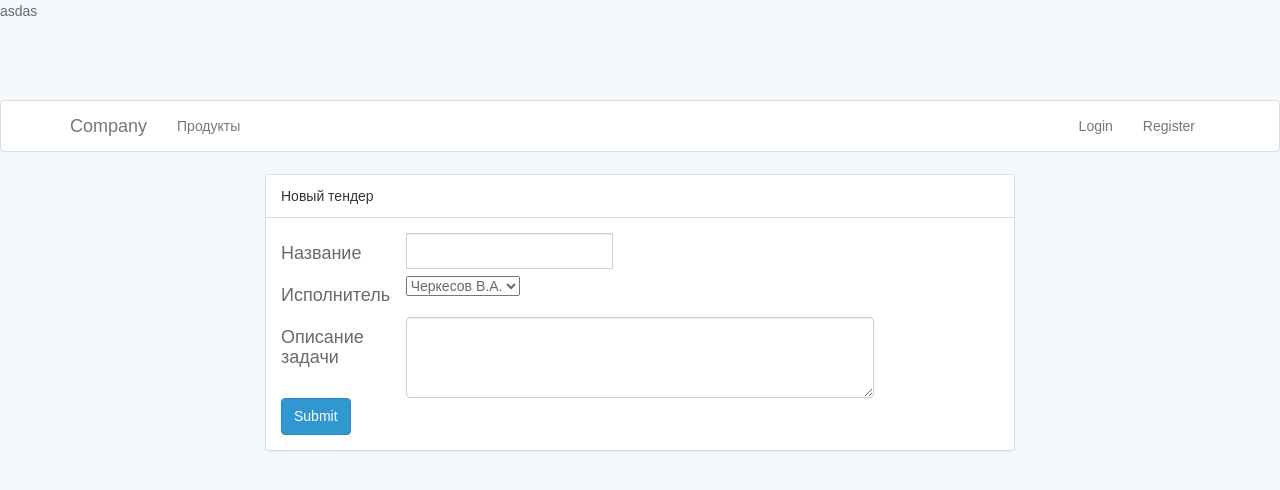
Repository: blackjack043/laravel-crud
Page: http://localhost/page2
The author's editor kept a copy of each file at every save. The page is drawn from the files as they stood at one save, then again after the next save.
The browser window is 1280 px wide. The pictures show the whole page.
Some web fonts or font styles are not loaded; a fallback is used. The page is served by the project's Laravel application, run on PHP 8.4 with Laravel 8. Other server files are loaded and not shown.

Above is the page before, as saved 2022-03-06 21:00:32.

### routes/web.php
<?php

/*
|--------------------------------------------------------------------------
| Web Routes
|--------------------------------------------------------------------------
|
| Here is where you can register web routes for your application. These
| routes are loaded by the RouteServiceProvider within a group which
| contains the "web" middleware group. Now create something great!
|
*/
use Illuminate\Http\Request;
use App\Contact12;


Route::get('/', function () {
    return view('welcome');
});

Route::get('/page2', function () {
    return view('page2');
});



Route::post('/profile', 'ContactController@submit');

Auth::routes();

Route::get('/home', 'HomeController@index');

Auth::routes();

Route::get('/home', 'HomeController@index');

### resources/views/page2.blade.php
@extends('layouts.app2')

@section('content')
<div class="container">
    <div class="row">
        <div class="col-md-8 col-md-offset-2">
            <div class="panel panel-default">
                <div class="panel-heading">Новый тендер</div>
                <div class="panel-body">


        @if($errors->any())
            <div style=>
            @foreach ($errors->all() as $error)
            <div >
                {{$error}}
            </div>
            @endforeach
            </div>
         @endif
<form  method="POST" action="/profile">
{{ csrf_field() }}

                <div class="row" >
  <div class="col-md-2" ><h4>Название</h4></div>
  <div class="col-md-10">
<div class="input-group" >
<input type="text" name="label" class="form-control"  aria-describedby="sizing-addon2">
                </div></div>
</div>

<div class="row">
  <div class="col-md-2"><h4>Исполнитель</h4></div>
  <div class="col-md-10">
    <select name="ispolnitel">
    <option value="cherkesov">Черкесов В.А.</option>
    <option value="matancev">Матанцев Е.Р.</option>
    </select>
</div>
</div>

<div class="row">
  <div class="col-md-2"><h4>Описание задачи</h4></div>
  <div class="col-md-8">
		<textarea name="text" class="form-control" rows="3"></textarea>
</div>



</div>
<input type="submit" class="btn btn-primary">
</form>






                </div>
            </div>
        </div>
    </div>
</div>
@endsection

### resources/views/layouts/app2.blade.php
<!DOCTYPE html>
<html lang="en">
<head>
    <meta charset="utf-8">
    <meta http-equiv="X-UA-Compatible" content="IE=edge">
    <meta name="viewport" content="width=device-width, initial-scale=1">

    <!-- CSRF Token -->
    <meta name="csrf-token" content="{{ csrf_token() }}">

    <title>{{ config('app.name', 'Laravel') }}</title>

    <!-- Styles -->
    <link href="/css/app.css" rel="stylesheet">

    <!-- Scripts -->
    <script>
        window.Laravel = <?php echo json_encode([
            'csrfToken' => csrf_token(),
        ]); ?>
    </script>
</head>
<body>
    <div id="app">
        <div style="width: 320px; height: 100px;">asdas</div>
        <nav class="navbar navbar-default">
            <div class="container">
                <div class="navbar-header">

                    <!-- Collapsed Hamburger -->
                    <button type="button " class="navbar-toggle collapsed" data-toggle="collapse" data-target="#app-navbar-collapse">
                        <span class="sr-only">Toggle Navigation</span>
                        <span class="icon-bar"></span>
                        <span class="icon-bar"></span>
                        <span class="icon-bar"></span>
                    </button>

                    <!-- Branding Image -->
                    <a class="navbar-brand" href="{{ url('/') }}">
                      Company
                    </a>
                </div>

                <div class="collapse navbar-collapse" id="app-navbar-collapse">
                    <!-- Left Side Of Navbar -->
                    <ul class="nav navbar-nav">
                        &nbsp;
                        <li ><a href="#">Продукты</a></li>
                    </ul>

                    <!-- Right Side Of Navbar -->
                    <ul class="nav navbar-nav navbar-right">
                        <!-- Authentication Links -->
                        @if (Auth::guest())
                            <li><a href="{{ url('/login') }}">Login</a></li>
                            <li><a href="{{ url('/register') }}">Register</a></li>
                        @else
                            <li class="dropdown">
                                <a href="#" class="dropdown-toggle" data-toggle="dropdown" role="button" aria-expanded="false">
                                    {{ Auth::user()->name }} <span class="caret"></span>
                                </a>

                                <ul class="dropdown-menu" role="menu">
                                    <li>
                                        <a href="{{ url('/logout') }}"
                                            onclick="event.preventDefault();
                                                     document.getElementById('logout-form').submit();">
                                            Logout
                                        </a>

                                        <form id="logout-form" action="{{ url('/logout') }}" method="POST" style="display: none;">
                                            {{ csrf_field() }}
                                        </form>
                                    </li>
                                </ul>
                            </li>
                        @endif
                    </ul>
                </div>
            </div>
        </nav>

        @yield('content')
    </div>

    <!-- Scripts -->
    <script src="/js/app.js"></script>
</body>
</html>

Loaded but not shown: app/Http/Controllers/Auth/LoginController.php (common file); app/Http/Controllers/Controller.php (common file); public/css/app.css (library); public/js/app.js (library)

After the next save:
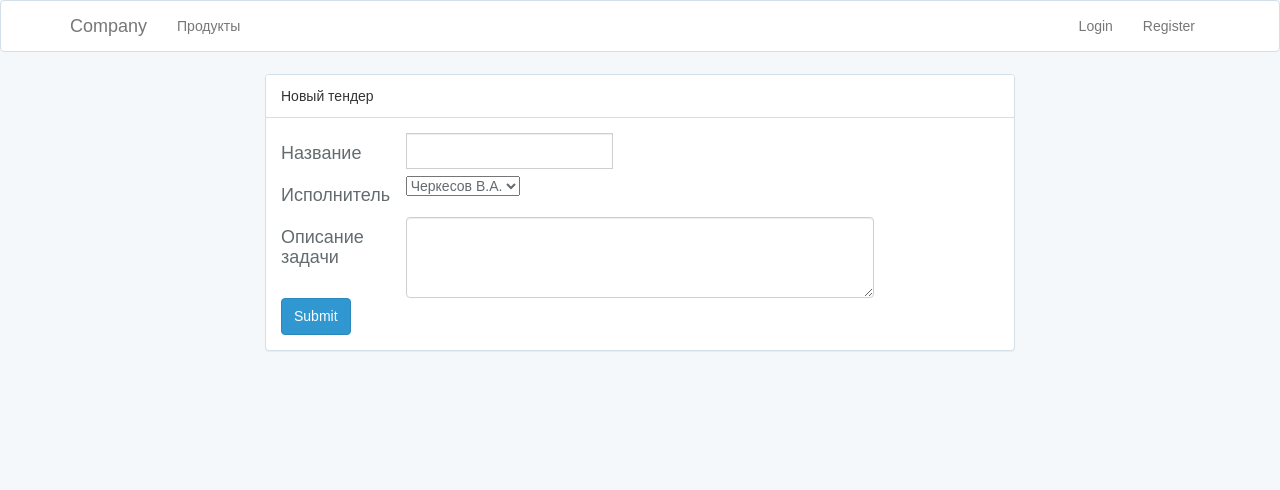
Saved 82 s later.
--- a/resources/views/layouts/app2.blade.php
+++ b/resources/views/layouts/app2.blade.php
@@ -22,7 +22,7 @@
 </head>
 <body>
     <div id="app">
-        <div style="width: 320px; height: 100px;">asdas</div>
+        <div>
         <nav class="navbar navbar-default">
             <div class="container">
                 <div class="navbar-header">
@@ -82,7 +82,7 @@
 
         @yield('content')
     </div>
-
+    </div>
     <!-- Scripts -->
     <script src="/js/app.js"></script>
 </body>
